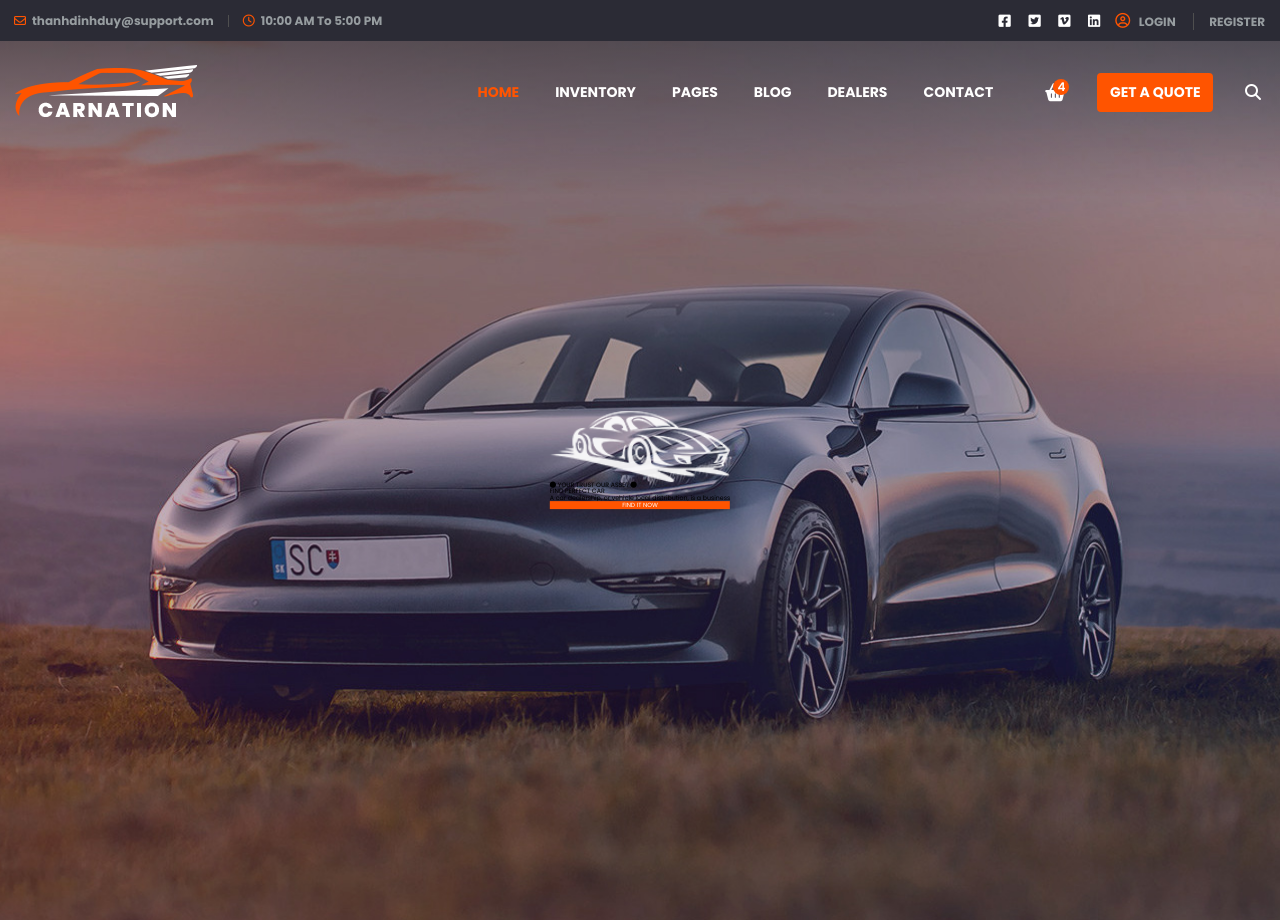
Repository: thanhdinh01/shopcar
Page: index.html
An editor plug-in stored every save of this project. The page is shown before and after the next save, followed by the edit.
The browser window is 1280 px wide. The pictures show the whole page.
Some web libraries are served in a nearby version. The style sheet was rebuilt from its Sass, Less or Tailwind sources for each picture, by a compiler version that may differ from the author's.

Above is the page before, as saved 2022-08-10 21:49:39.

After the next save:
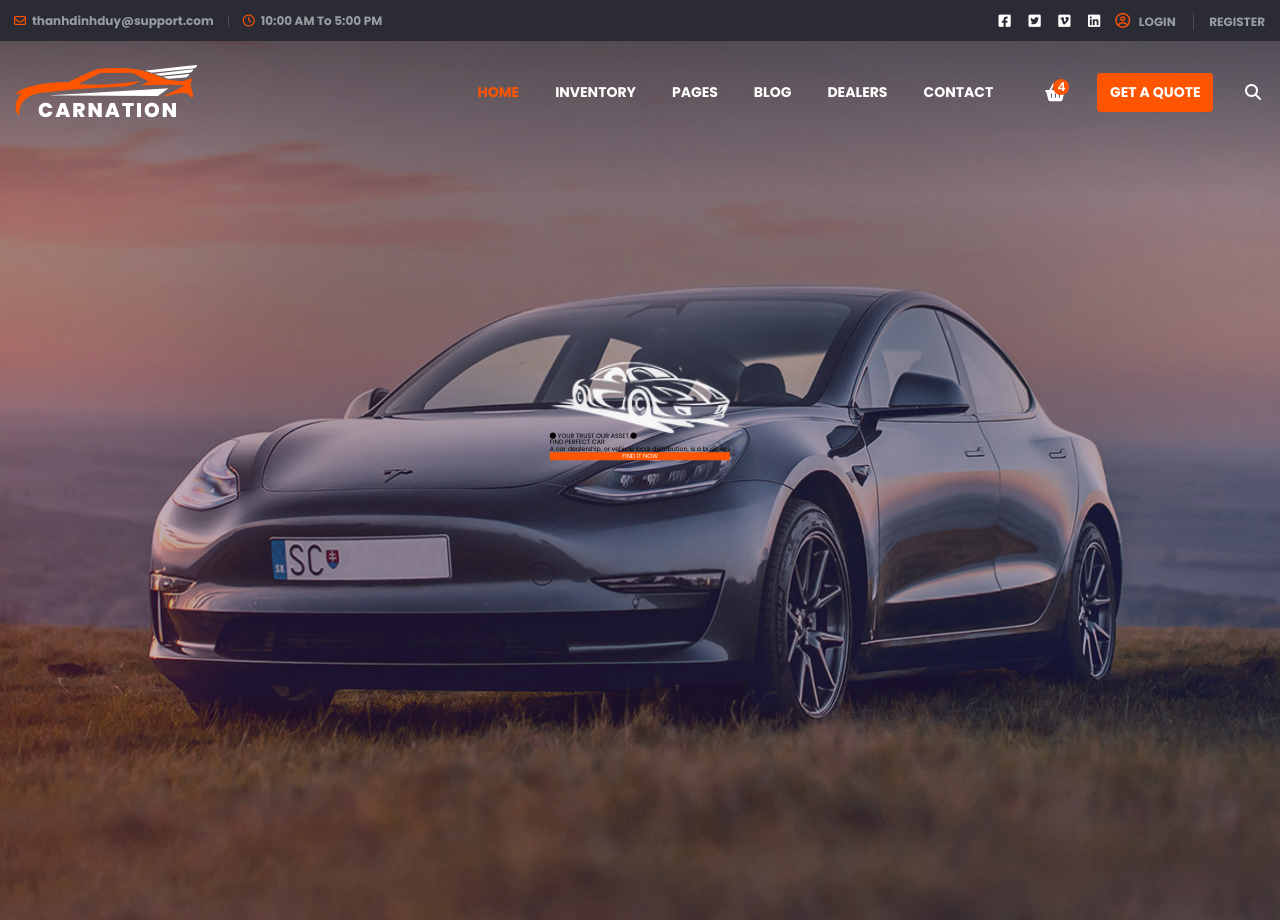
Saved 71 s later.
--- a/css/_header.scss
+++ b/css/_header.scss
@@ -319,7 +319,7 @@
     position: absolute;
     top: 50%;
     left: 50%;
-    transform: translate(-50%, -50%);
+    transform: translate(-50%, -100%);
     display: flex;
     flex-direction: column;
     justify-content: center;
